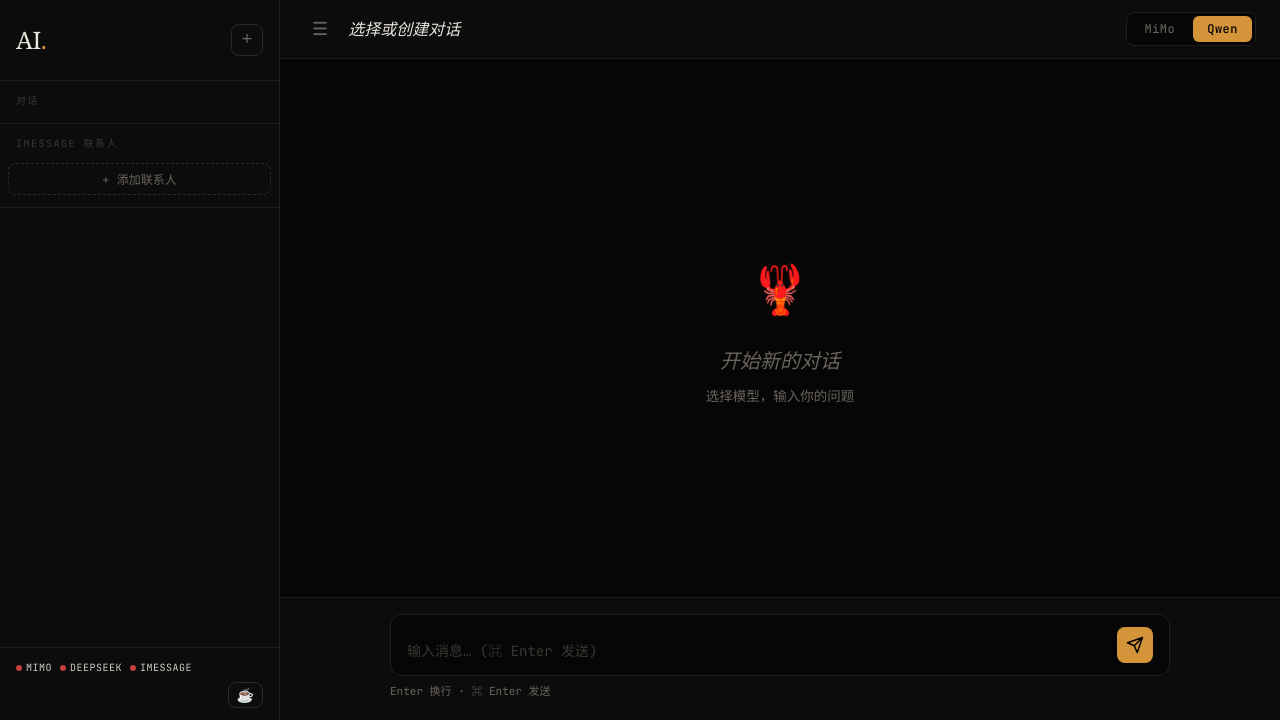
Repository: PenterZhang/Ai-Assistant-Localhost
Page: /
An editor plug-in stored every save of this project. The page is shown before and after the next save, followed by the edit.
The browser window is 1280 px wide. The pictures show the whole page.
The page's requests for data from a server got no answer. Some web fonts or font styles are not loaded; a fallback is used. The project was rebuilt for these pictures with package versions that can differ from the ones it lists, and the page was loaded fresh each time. No one was signed in, and anything a server would have sent is missing. Also part of the build but not shown: vite.config.ts, src/components/CodeBlock.tsx, src/components/MessageBubble.tsx, src/components/AddContactModal.tsx.

Above is the page before, as saved 2026-04-30 14:40:49.

### index.html
<!DOCTYPE html>
<html lang="zh-CN">
<head>
    <meta charset="UTF-8" />
    <meta name="viewport" content="width=device-width, initial-scale=1.0" />
    <title>AI Assistant</title>
    <link rel="preconnect" href="https://fonts.googleapis.com" />
    <link href="https://fonts.googleapis.com/css2?family=JetBrains+Mono:wght@300;400;500;600&family=Instrument+Serif:ital@0;1&display=swap" rel="stylesheet" />
</head>
<body>
    <div id="root"></div>
    <script type="module" src="/src/main.tsx"></script>
</body>
</html>

### src/main.tsx
import { createRoot } from "react-dom/client";
import App from "./App";

createRoot(document.getElementById("root")!).render(<App />);

### src/App.tsx
import { useState, useCallback } from "react";
import { Sidebar } from "./components/Sidebar";
import { ChatArea } from "./components/ChatArea";
import { AddContactModal } from "./components/AddContactModal";
import { useSessions } from "./hooks/useSessions";
import { useChat } from "./hooks/useChat";
import { useIMessage } from "./hooks/useIMessage";
import { useHealth } from "./hooks/useHealth";
import { api } from "./api";
import "./App.css";

export default function App() {
    const [model, setModel] = useState("qwen");
    const [sidebarOpen, setSidebarOpen] = useState(true);
    const [showContactModal, setShowContactModal] = useState(false);
    const [sleepActive, setSleepActive] = useState(false);

    const { sessions, currentId, create, select, remove, reload: reloadSessions } = useSessions();
    const { messages, streaming, send } = useChat(currentId, model);
    const { contacts, add: addContact, remove: removeContact } = useIMessage();
    const health = useHealth();

    const currentSession = sessions.find(s => s.id === currentId);
    const title = currentSession?.title || "选择或创建对话";

    const handleSend = useCallback(async (text: string) => {
        // ✅ 先确保有 sessionId，再调 send
        let sid = currentId;
        if (!sid) {
            const newSession = await create(model);
            sid = newSession.id;
        }
        if (!sid) return;
        await send(text, sid);
        await reloadSessions();
    }, [currentId, model, send, create, reloadSessions]);


    const handleNew = useCallback(async () => {
        await create(model);
    }, [model, create]);

    const handleToggleSleep = useCallback(async () => {
        const r = await api.sleep.toggle();
        setSleepActive(r.preventing);
    }, []);

    return (
        <div id="app">
            <Sidebar
                sessions={sessions}
                currentId={currentId}
                onSelect={select}
                onDelete={remove}
                onNew={handleNew}
                contacts={contacts}
                onAddContact={() => setShowContactModal(true)}
                onDeleteContact={removeContact}
                health={health}
                sleepActive={sleepActive}
                onToggleSleep={handleToggleSleep}
            />
            <ChatArea
                title={title}
                messages={messages}
                streaming={streaming}
                model={model}
                onModelChange={setModel}
                onSend={handleSend}
                onMenuToggle={() => setSidebarOpen(o => !o)}
            />
            {showContactModal && (
                <AddContactModal
                    onAdd={async (data) => { await addContact(data); setShowContactModal(false); }}
                    onClose={() => setShowContactModal(false)}
                />
            )}
        </div>
    );
}

### src/components/Sidebar.tsx
import type { Session, IMContact } from "../types";

interface Props {
  sessions: Session[];
  currentId: string | null;
  onSelect: (id: string) => void;
  onDelete: (id: string) => void;
  onNew: () => void;
  contacts: IMContact[];
  onAddContact: () => void;
  onDeleteContact: (handleId: string) => void;
  health: Record<string, boolean>;
  sleepActive: boolean;
  onToggleSleep: () => void;
}

export function Sidebar({
  sessions, currentId, onSelect, onDelete, onNew,
  contacts, onAddContact, onDeleteContact,
  health, sleepActive, onToggleSleep,
}: Props) {
  return (
    <aside id="sidebar">
      <div className="sidebar-head">
        <h1 className="logo">AI<span className="dot">.</span></h1>
        <button id="btn-new" onClick={onNew} title="新对话">+</button>
      </div>

      <div className="sidebar-section">
        <div className="section-label">对话</div>
        <div className="sessions">
          {sessions.map(s => (
            <div key={s.id} className={`si${currentId === s.id ? " on" : ""}`} onClick={() => onSelect(s.id)}>
              <span className="t">{s.title}</span>
              {s.source === "imessage" && <span className="badge-im">iMsg</span>}
              <button className="xd" onClick={e => { e.stopPropagation(); onDelete(s.id); }}>×</button>
            </div>
          ))}
        </div>
      </div>

      <div className="sidebar-section">
        <div className="section-label">iMessage 联系人</div>
        <div className="contacts">
          {contacts.map(c => (
            <div key={c.handle_id} className="ci">
              <span className="t">{c.name || c.handle_id}</span>
              <span className={`badge ${c.auto_reply ? "on" : "off"}`}>{c.auto_reply ? "自动" : "静默"}</span>
              <button className="xd" onClick={() => onDeleteContact(c.handle_id)}>×</button>
            </div>
          ))}
        </div>
        <button className="btn-sm" onClick={onAddContact}>+ 添加联系人</button>
      </div>

      <div className="sidebar-foot">
        <div className="health">
          {Object.entries(health).map(([k, v]) => (
            <span key={k}><i className={`dot-s ${v ? "ok" : "err"}`} />{k}</span>
          ))}
        </div>
        <div className="foot-row">
          <div className="model-tag" />
          <button className={`btn-sleep${sleepActive ? " active" : ""}`} onClick={onToggleSleep} title="阻止系统休眠">☕</button>
        </div>
      </div>
    </aside>
  );
}

### src/components/ChatArea.tsx
import { useRef, useEffect } from "react";
import type { Message } from "../types";
import { MessageBubble } from "./MessageBubble";
import { InputBar } from "./InputBar";

interface Props {
    title: string;
    messages: Message[];
    streaming: boolean;
    model: string;
    onModelChange: (m: string) => void;
    onSend: (text: string) => void;
    onMenuToggle: () => void;
}

export function ChatArea({ title, messages, streaming, model, onModelChange, onSend, onMenuToggle }: Props) {
    const msgsRef = useRef<HTMLDivElement>(null);
    const autoScroll = useRef(true);

    const handleScroll = () => {
        const el = msgsRef.current;
        if (!el) return;
        autoScroll.current = el.scrollHeight - el.scrollTop - el.clientHeight < 100;
    };

    useEffect(() => {
        if (autoScroll.current && msgsRef.current) {
            msgsRef.current.scrollTop = msgsRef.current.scrollHeight;
        }
    }, [messages]);

    return (
        <main id="main">
            <header id="header">
                <div className="h-left">
                    <button className="icon-btn" onClick={onMenuToggle}>☰</button>
                    <h2 id="title">{title}</h2>
                </div>
                <div className="h-right">
                    <div className="switcher">
                        {(["mimo", "qwen"] as const).map(m => (
                            <button
                                key={m}
                                className={`sw${model === m ? " on" : ""}`}
                                onClick={() => onModelChange(m)}
                            >
                                {m === "mimo" ? "MiMo" : "Qwen"}
                            </button>
                        ))}
                    </div>
                </div>
            </header>

            <div className="msgs" ref={msgsRef} onScroll={handleScroll}>
                {messages.length === 0 ? (
                    <div className="empty">
                        <div className="empty-icon">🦞</div>
                        <p>开始新的对话</p>
                        <span className="muted">选择模型，输入你的问题</span>
                    </div>
                ) : (
                    messages.map(m => (
                        <MessageBubble
                            key={m.id}
                            message={m}
                            isStreaming={streaming && m.role === "assistant" && m === messages[messages.length - 1]}
                        />
                    ))
                )}
            </div>

            <InputBar onSend={onSend} disabled={streaming} />
        </main>
    );
}

### src/hooks/useSessions.ts
import { useState, useEffect, useCallback } from "react";
import type { Session } from "../types";
import { api } from "../api";

export function useSessions() {
  const [sessions, setSessions] = useState<Session[]>([]);
  const [currentId, setCurrentId] = useState<string | null>(null);

  const reload = useCallback(async () => {
    const list = await api.sessions.list();
    setSessions(list);
    return list;
  }, []);

  useEffect(() => { reload(); }, [reload]);

  const create = useCallback(async (model: string) => {
    const s = await api.sessions.create(model);
    const list = await reload();
    setCurrentId(s.id);
    return s;
  }, [reload]);

  const select = useCallback((id: string) => setCurrentId(id), []);

  const remove = useCallback(async (id: string) => {
    await api.sessions.delete(id);
    if (currentId === id) setCurrentId(null);
    await reload();
  }, [currentId, reload]);

  const update = useCallback(async (id: string, data: Partial<Session>) => {
    await api.sessions.update(id, data);
    await reload();
  }, [reload]);

  return { sessions, currentId, create, select, remove, update, reload };
}

### src/hooks/useChat.ts
import { useState, useEffect, useCallback, useRef } from "react";
import type { Message } from "../types";
import { api } from "../api";

export function useChat(sessionId: string | null, model: string) {
    const [messages, setMessages] = useState<Message[]>([]);
    const [streaming, setStreaming] = useState(false);
    const streamingRef = useRef(false);

    useEffect(() => {
        if (!sessionId) {
            setMessages([]);
            return;
        }
        if (streamingRef.current) return; // ← 加这一行
        api.messages.list(sessionId).then(setMessages);
    }, [sessionId]);

    // ✅ send 现在接受一个可选的 targetSessionId
    const send = useCallback(
        async (text: string, targetSessionId?: string) => {
            const sid = targetSessionId || sessionId;
            if (!sid || streamingRef.current) return;

            streamingRef.current = true;
            setStreaming(true);

            const userMsg: Message = {
                id: crypto.randomUUID(),
                session_id: sid,
                role: "user",
                content: text,
                model: null,
                created_at: Date.now() / 1000,
            };
            const assistantMsg: Message = {
                id: crypto.randomUUID(),
                session_id: sid,
                role: "assistant",
                content: "",
                model,
                created_at: Date.now() / 1000,
            };
            setMessages((prev) => [...prev, userMsg, assistantMsg]);

            try {
                const resp = await api.chat(sid, text, model);
                const reader = resp.body!.getReader();
                const dec = new TextDecoder();
                let buf = "";
                let full = "";

                while (true) {
                    const { done, value } = await reader.read();
                    if (done) break;
                    buf += dec.decode(value, { stream: true });
                    const lines = buf.split("\n");
                    buf = lines.pop() || "";
                    for (const line of lines) {
                        if (!line.startsWith("data: ")) continue;
                        const d = line.slice(6).trim();
                        if (d === "[DONE]") continue;
                        try {
                            const p = JSON.parse(d);
                            if (p.content) {
                                full += p.content;
                                setMessages((prev) => {
                                    const arr = [...prev];
                                    const last = arr.length - 1;
                                    if (arr[last]?.role === "assistant") {
                                        arr[last] = {
                                            ...arr[last],
                                            content: full,
                                        };
                                    }
                                    return arr;
                                });
                            }
                        } catch {}
                    }
                }
            } catch (e) {
                setMessages((prev) => {
                    const arr = [...prev];
                    const last = arr.length - 1;
                    if (arr[last]?.role === "assistant") {
                        arr[last] = {
                            ...arr[last],
                            content: `[Error] ${(e as Error).message}`,
                        };
                    }
                    return arr;
                });
            } finally {
                streamingRef.current = false;
                setStreaming(false);
            }
        },
        [sessionId, model],
    );

    return { messages, streaming, send, setMessages };
}

### src/hooks/useIMessage.ts
import { useState, useEffect, useCallback } from "react";
import type { IMContact } from "../types";
import { api } from "../api";

export function useIMessage() {
  const [contacts, setContacts] = useState<IMContact[]>([]);

  const reload = useCallback(async () => {
    try { setContacts(await api.contacts.list()); } catch { setContacts([]); }
  }, []);

  useEffect(() => { reload(); }, [reload]);

  const add = useCallback(async (data: { handle_id: string; name?: string; trigger_mode?: string }) => {
    await api.contacts.add(data);
    await reload();
  }, [reload]);

  const remove = useCallback(async (handleId: string) => {
    await api.contacts.delete(handleId);
    await reload();
  }, [reload]);

  return { contacts, add, remove, reload };
}

### src/hooks/useHealth.ts
import { useState, useEffect } from "react";
import { api } from "../api";

export function useHealth(intervalMs = 30_000) {
  const [health, setHealth] = useState<Record<string, boolean>>({});

  useEffect(() => {
    const check = async () => {
      try { setHealth(await api.health()); }
      catch { setHealth({ mimo: false, deepseek: false, imessage: false }); }
    };
    check();
    const id = setInterval(check, intervalMs);
    return () => clearInterval(id);
  }, [intervalMs]);

  return health;
}

### src/api.ts
import type { Session, Message, IMContact, ModelInfo } from "./types";

const json = { "Content-Type": "application/json" };

export const api = {
  health: () => fetch("/api/health").then<Record<string, boolean>>(r => r.json()),
  models: () => fetch("/api/models").then<ModelInfo[]>(r => r.json()),

  sessions: {
    list: () => fetch("/api/sessions").then<Session[]>(r => r.json()),
    create: (model: string) =>
      fetch("/api/sessions", { method: "POST", headers: json, body: JSON.stringify({ model }) }).then<Session>(r => r.json()),
    update: (id: string, data: Partial<Session>) =>
      fetch(`/api/sessions/${id}`, { method: "PUT", headers: json, body: JSON.stringify(data) }),
    delete: (id: string) => fetch(`/api/sessions/${id}`, { method: "DELETE" }),
  },

  messages: {
    list: (sessionId: string) =>
      fetch(`/api/sessions/${sessionId}/messages`).then<Message[]>(r => r.json()),
  },

  chat: (sessionId: string, message: string, model: string) =>
    fetch("/api/chat", {
      method: "POST",
      headers: json,
      body: JSON.stringify({ session_id: sessionId, message, model }),
    }),

  contacts: {
    list: () => fetch("/api/imessage/contacts").then<IMContact[]>(r => r.json()),
    add: (data: { handle_id: string; name?: string; trigger_mode?: string }) =>
      fetch("/api/imessage/contacts", { method: "POST", headers: json, body: JSON.stringify(data) }),
    delete: (handleId: string) =>
      fetch(`/api/imessage/contacts/${encodeURIComponent(handleId)}`, { method: "DELETE" }),
  },

  sleep: {
    toggle: () => fetch("/api/sleep/toggle", { method: "POST" }).then<{ preventing: boolean }>(r => r.json()),
  },
};

### src/components/InputBar.tsx
import { useRef, useCallback } from "react";

interface Props {
  onSend: (text: string) => void;
  disabled: boolean;
}

export function InputBar({ onSend, disabled }: Props) {
  const ref = useRef<HTMLTextAreaElement>(null);

  const handleSend = useCallback(() => {
    const text = ref.current?.value.trim();
    if (!text || disabled) return;
    if (ref.current) { ref.current.value = ""; ref.current.style.height = "auto"; }
    onSend(text);
  }, [onSend, disabled]);

  const handleKey = useCallback((e: React.KeyboardEvent) => {
    if (e.key === "Enter" && (e.metaKey || e.ctrlKey)) { e.preventDefault(); handleSend(); }
  }, [handleSend]);

  const handleInput = useCallback(() => {
    const el = ref.current;
    if (el) { el.style.height = "auto"; el.style.height = Math.min(el.scrollHeight, 200) + "px"; }
  }, []);

  return (
    <div className="input-bar">
      <div className="input-wrap">
        <textarea
          ref={ref}
          placeholder="输入消息… (⌘ Enter 发送)"
          rows={1}
          onKeyDown={handleKey}
          onInput={handleInput}
          disabled={disabled}
        />
        <button onClick={handleSend} disabled={disabled} title="发送">
          <svg width="18" height="18" viewBox="0 0 24 24" fill="none" stroke="currentColor" strokeWidth="2" strokeLinecap="round" strokeLinejoin="round">
            <path d="M22 2L11 13M22 2l-7 20-4-9-9-4 20-7z" />
          </svg>
        </button>
      </div>
      <div className="input-hint muted">Enter 换行 · ⌘ Enter 发送</div>
    </div>
  );
}

Loaded but not shown: src/App.css (156 lines, source omitted)

After the next save:
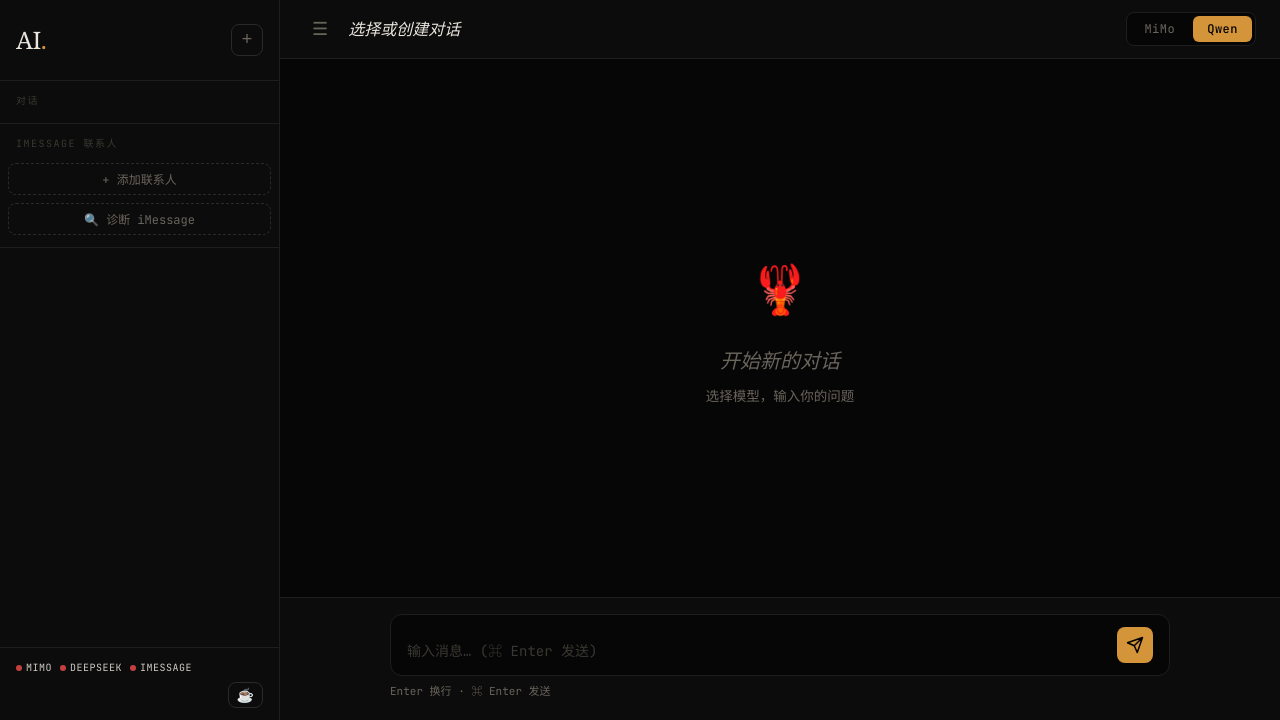
Saved 18 s later.
--- a/src/components/Sidebar.tsx
+++ b/src/components/Sidebar.tsx
@@ -1,69 +1,101 @@
 import type { Session, IMContact } from "../types";
+import { useState } from "react";
 
 interface Props {
-  sessions: Session[];
-  currentId: string | null;
-  onSelect: (id: string) => void;
-  onDelete: (id: string) => void;
-  onNew: () => void;
-  contacts: IMContact[];
-  onAddContact: () => void;
-  onDeleteContact: (handleId: string) => void;
-  health: Record<string, boolean>;
-  sleepActive: boolean;
-  onToggleSleep: () => void;
+    sessions: Session[];
+    currentId: string | null;
+    onSelect: (id: string) => void;
+    onDelete: (id: string) => void;
+    onNew: () => void;
+    contacts: IMContact[];
+    onAddContact: () => void;
+    onDeleteContact: (handleId: string) => void;
+    health: Record<string, boolean>;
+    sleepActive: boolean;
+    onToggleSleep: () => void;
 }
 
 export function Sidebar({
-  sessions, currentId, onSelect, onDelete, onNew,
-  contacts, onAddContact, onDeleteContact,
-  health, sleepActive, onToggleSleep,
+    sessions, currentId, onSelect, onDelete, onNew,
+    contacts, onAddContact, onDeleteContact,
+    health, sleepActive, onToggleSleep,
 }: Props) {
-  return (
-    <aside id="sidebar">
-      <div className="sidebar-head">
-        <h1 className="logo">AI<span className="dot">.</span></h1>
-        <button id="btn-new" onClick={onNew} title="新对话">+</button>
-      </div>
+    const [diagnosing, setDiagnosing] = useState(false);
 
-      <div className="sidebar-section">
-        <div className="section-label">对话</div>
-        <div className="sessions">
-          {sessions.map(s => (
-            <div key={s.id} className={`si${currentId === s.id ? " on" : ""}`} onClick={() => onSelect(s.id)}>
-              <span className="t">{s.title}</span>
-              {s.source === "imessage" && <span className="badge-im">iMsg</span>}
-              <button className="xd" onClick={e => { e.stopPropagation(); onDelete(s.id); }}>×</button>
+    const handleDiagnose = async () => {
+        setDiagnosing(true);
+        try {
+            const r = await fetch("/api/imessage/diagnose");
+            const d = await r.json();
+            alert(d.issues.join("\n"));
+        } catch (e) {
+            alert("诊断失败: " + (e as Error).message);
+        } finally {
+            setDiagnosing(false);
+        }
+    };
+
+    return (
+        <aside id="sidebar">
+            <div className="sidebar-head">
+                <h1 className="logo">AI<span className="dot">.</span></h1>
+                <button id="btn-new" onClick={onNew} title="新对话">+</button>
             </div>
-          ))}
-        </div>
-      </div>
 
-      <div className="sidebar-section">
-        <div className="section-label">iMessage 联系人</div>
-        <div className="contacts">
-          {contacts.map(c => (
-            <div key={c.handle_id} className="ci">
-              <span className="t">{c.name || c.handle_id}</span>
-              <span className={`badge ${c.auto_reply ? "on" : "off"}`}>{c.auto_reply ? "自动" : "静默"}</span>
-              <button className="xd" onClick={() => onDeleteContact(c.handle_id)}>×</button>
+            <div className="sidebar-section">
+                <div className="section-label">对话</div>
+                <div className="sessions">
+                    {sessions.map(s => (
+                        <div key={s.id} className={`si${currentId === s.id ? " on" : ""}`} onClick={() => onSelect(s.id)}>
+                            <span className="t">{s.title}</span>
+                            {s.source === "imessage" && <span className="badge-im">iMsg</span>}
+                            <button className="xd" onClick={e => { e.stopPropagation(); onDelete(s.id); }}>×</button>
+                        </div>
+                    ))}
+                </div>
             </div>
-          ))}
-        </div>
-        <button className="btn-sm" onClick={onAddContact}>+ 添加联系人</button>
-      </div>
 
-      <div className="sidebar-foot">
-        <div className="health">
-          {Object.entries(health).map(([k, v]) => (
-            <span key={k}><i className={`dot-s ${v ? "ok" : "err"}`} />{k}</span>
-          ))}
-        </div>
-        <div className="foot-row">
-          <div className="model-tag" />
-          <button className={`btn-sleep${sleepActive ? " active" : ""}`} onClick={onToggleSleep} title="阻止系统休眠">☕</button>
-        </div>
-      </div>
-    </aside>
-  );
+            <div className="sidebar-section">
+                <div className="section-label">iMessage 联系人</div>
+                <div className="contacts">
+                    {contacts.map(c => (
+                        <div key={c.handle_id} className="ci">
+                            <span className="t">{c.name || c.handle_id}</span>
+                            <span className={`badge ${c.auto_reply ? "on" : "off"}`}>
+                                {c.auto_reply ? "自动" : "静默"}
+                            </span>
+                            <button className="xd" onClick={() => onDeleteContact(c.handle_id)}>×</button>
+                        </div>
+                    ))}
+                </div>
+                <button className="btn-sm" onClick={onAddContact}>+ 添加联系人</button>
+                <button
+                    className="btn-sm"
+                    onClick={handleDiagnose}
+                    disabled={diagnosing}
+                    style={{ marginTop: 4 }}
+                >
+                    {diagnosing ? "诊断中..." : "🔍 诊断 iMessage"}
+                </button>
+            </div>
+
+            <div className="sidebar-foot">
+                <div className="health">
+                    {Object.entries(health).map(([k, v]) => (
+                        <span key={k}><i className={`dot-s ${v ? "ok" : "err"}`} />{k}</span>
+                    ))}
+                </div>
+                <div className="foot-row">
+                    <div className="model-tag" />
+                    <button
+                        className={`btn-sleep${sleepActive ? " active" : ""}`}
+                        onClick={onToggleSleep}
+                        title="阻止系统休眠"
+                    >
+                        ☕
+                    </button>
+                </div>
+            </div>
+        </aside>
+    );
 }
